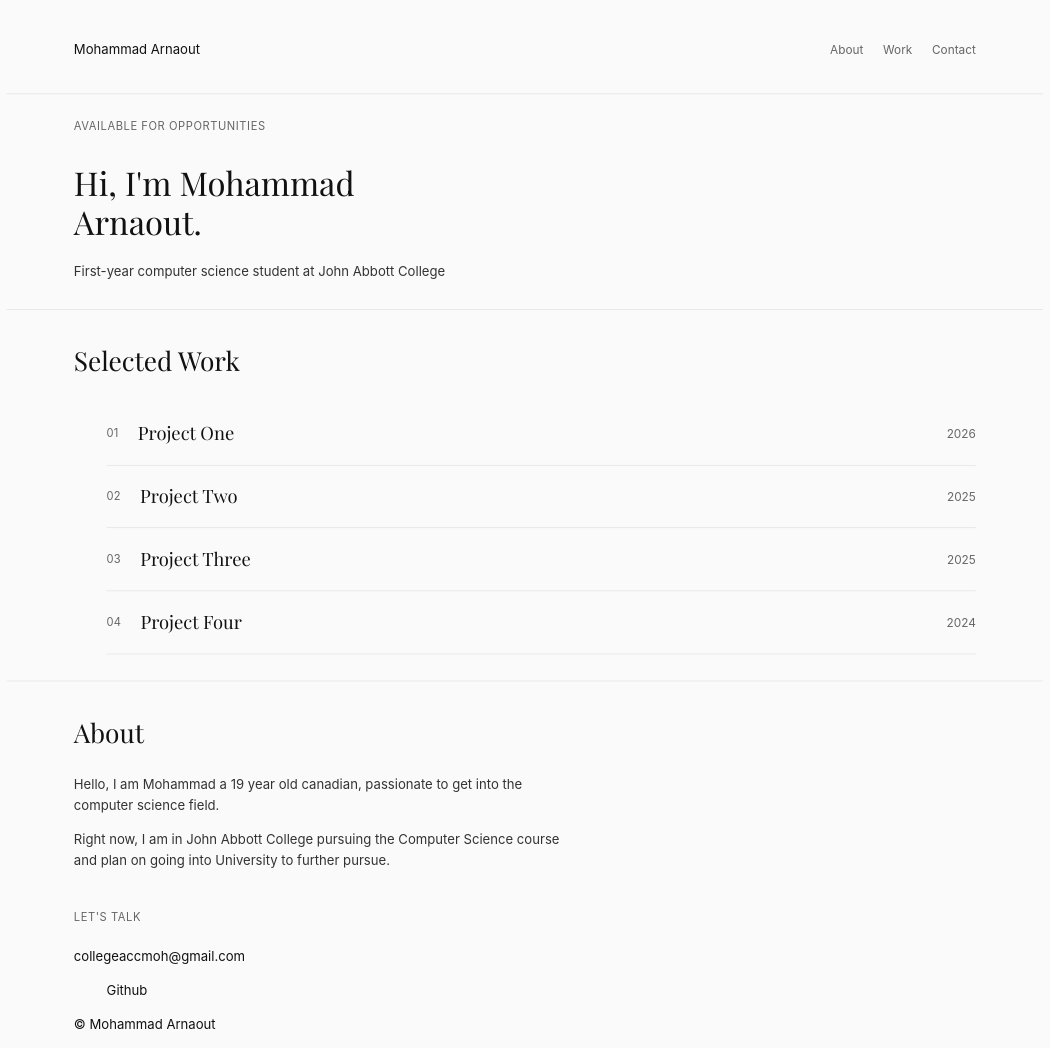
Repository: Moh-Arna/Moh-Arna
Page: index.html
These files come from the project's save history. The page is drawn as it stood at one moment and after the next save; the edit follows.
The browser window is 1280 px wide. The pictures show the whole page, at 82% of full size.
Some web fonts or font styles are not loaded; a fallback is used.

Above is the page before, as saved 2026-04-22 10:45:39.

After the next save:
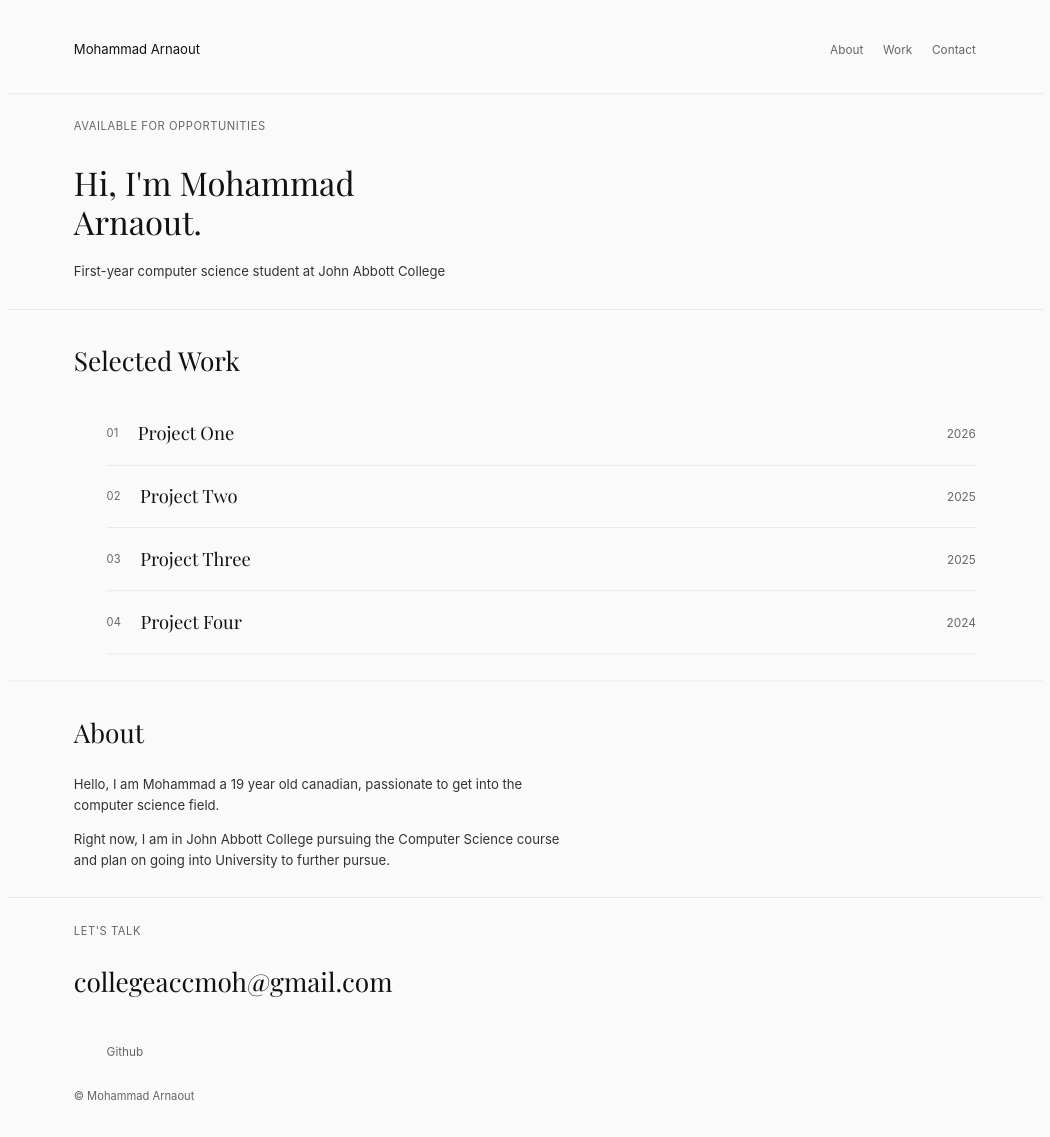
Saved 2 min 27 s later.
--- a/styles/index.css
+++ b/styles/index.css
@@ -99,3 +99,36 @@
     margin-bottom: 1rem;
     color:#333;
 }
+
+.footer{
+    padding: 1rem 0;
+    border-top: 1px solid var(--border);
+}
+
+.email{
+    font-family: 'Playfair Display', serif;
+    font-size: 2rem;
+    display:inline-block;
+    margin-bottom: 2rem;
+    word-break: break-word;
+}
+
+.socials{
+    display: flex;
+    gap: 1.5rem;
+    margin-bottom: 2rem;
+}
+
+.socials a{
+    color: var(--muted);
+    font-size: 0.9rem;
+}
+
+.socials a:hover{
+    color: var(--text);
+}
+
+.copyright{
+    color: var(--muted);
+    font-size: 0.85rem;
+}
